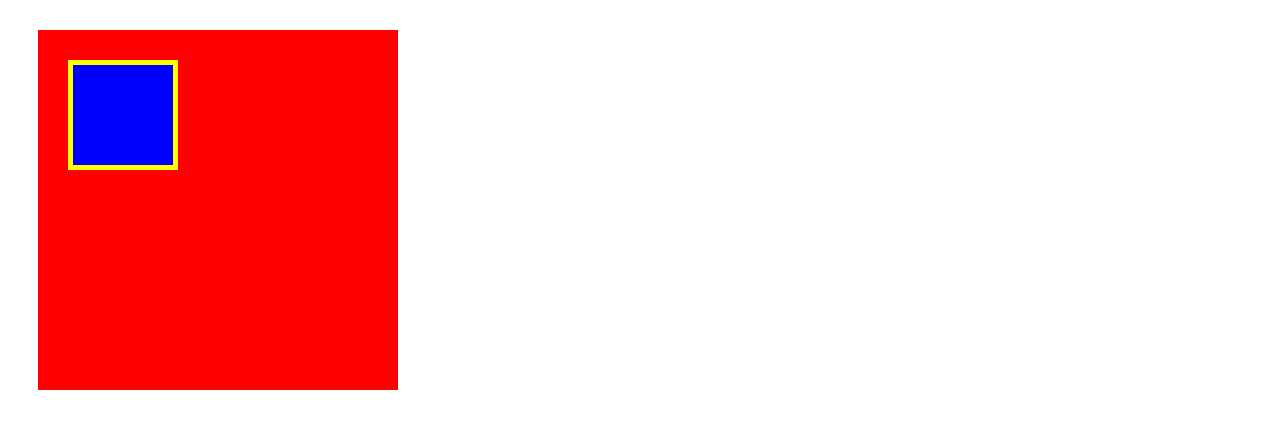
Repository: achoko3/Practice-problem
Page: box/box.html
The author's editor kept a record of every edit. The page is drawn from the files as they stood at one moment, then again after the next edit.
The browser window is 1280 px wide. The pictures show the whole page.

Above is the page before.

### box/box.html
<!DOCTYPE html>
<html lang="ja">
  <head>
    <meta charset="UTF-8" />
    <!-- CSSファイルの読み込み -->
    <link rel="stylesheet" href="box.css" />
    <title>BOX</title>
  </head>

  <body>
    <!-- box1用のdiv -->
    <div class="box1">
     <div class="box2"></div>
    </div>
  </body>
</html>

### box/box.css
.box1{
 width:300px;
 height:300px;
 background-color:red;
 margin:30px;
 padding:30px;
}

.box2{
 width:100px;
 height:100px;
 background-color:blue;
 border:5px solid yellow;
}

After the next edit:
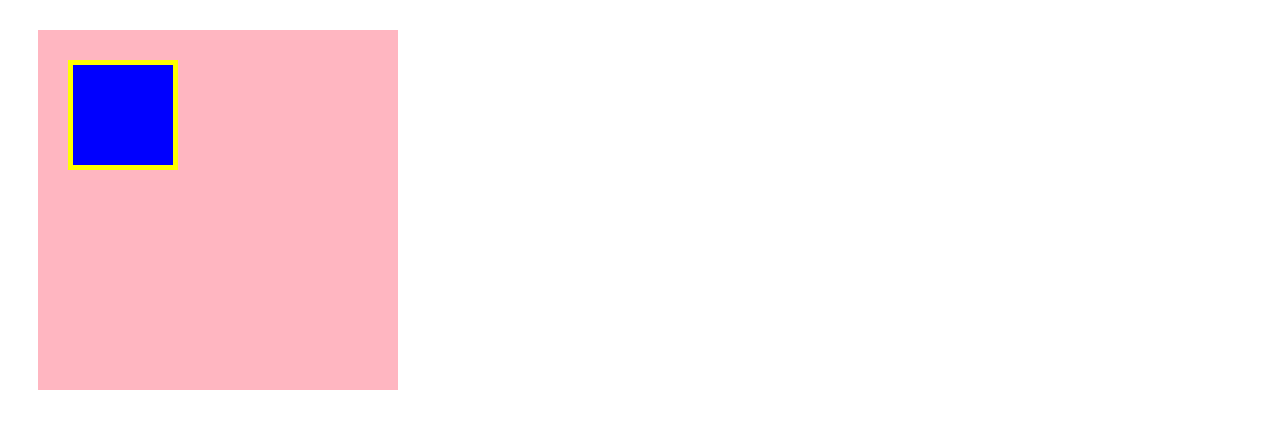
The edit:
--- a/box/box.css
+++ b/box/box.css
@@ -1,7 +1,7 @@
 .box1{
  width:300px;
  height:300px;
- background-color:red;
+ background-color:#ffb6c1;
  margin:30px;
  padding:30px;
 }
